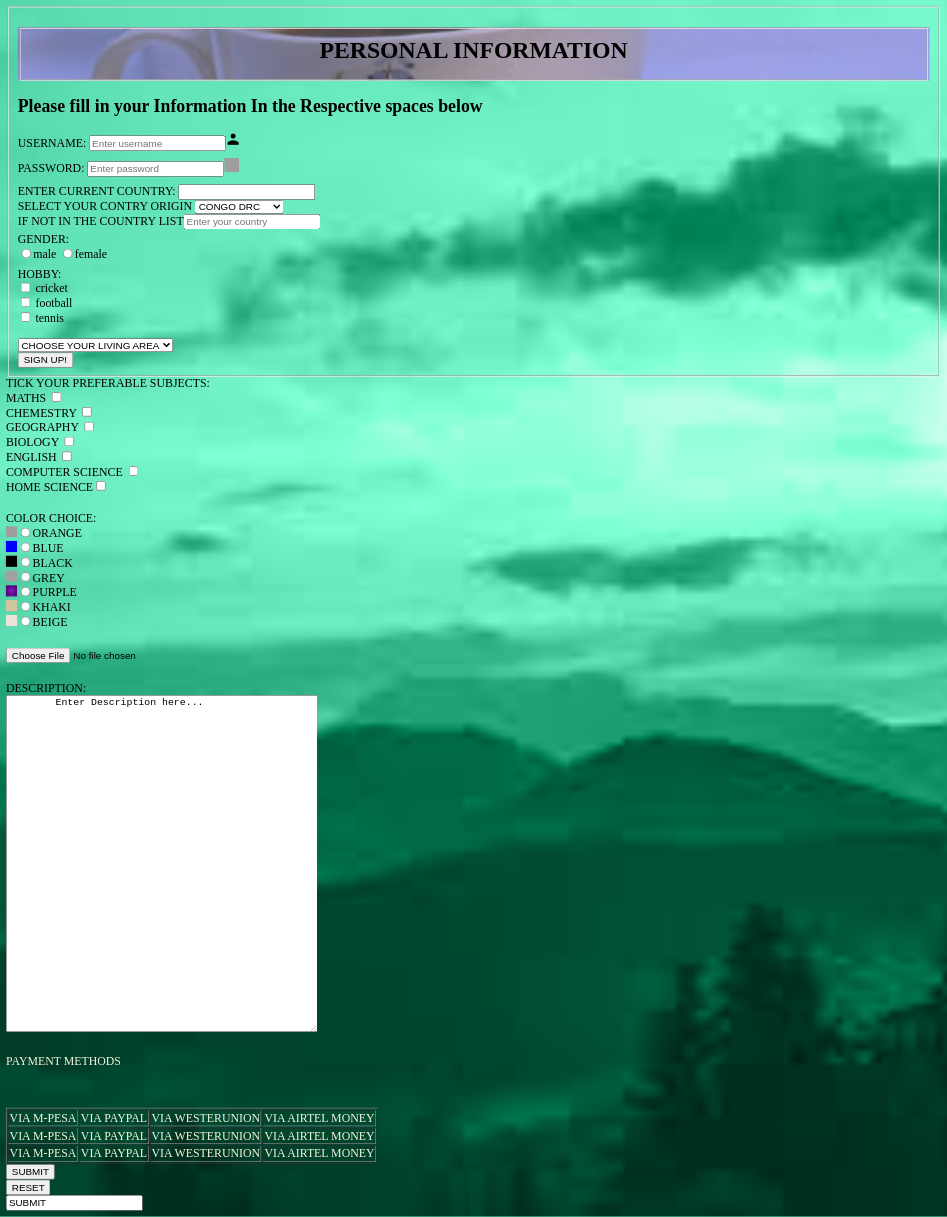
Repository: mirambialex/myform
Page: website/INDEX.HTML
An editor plug-in stored every save of this project. The page is shown before and after the next save, followed by the edit.
The browser window is 1280 px wide. The pictures show the whole page, at 74% of full size.
Pictures or frames that could not be fetched are drawn as grey boxes.

Above is the page before, as saved 2024-04-18 11:19:27.

After the next save:
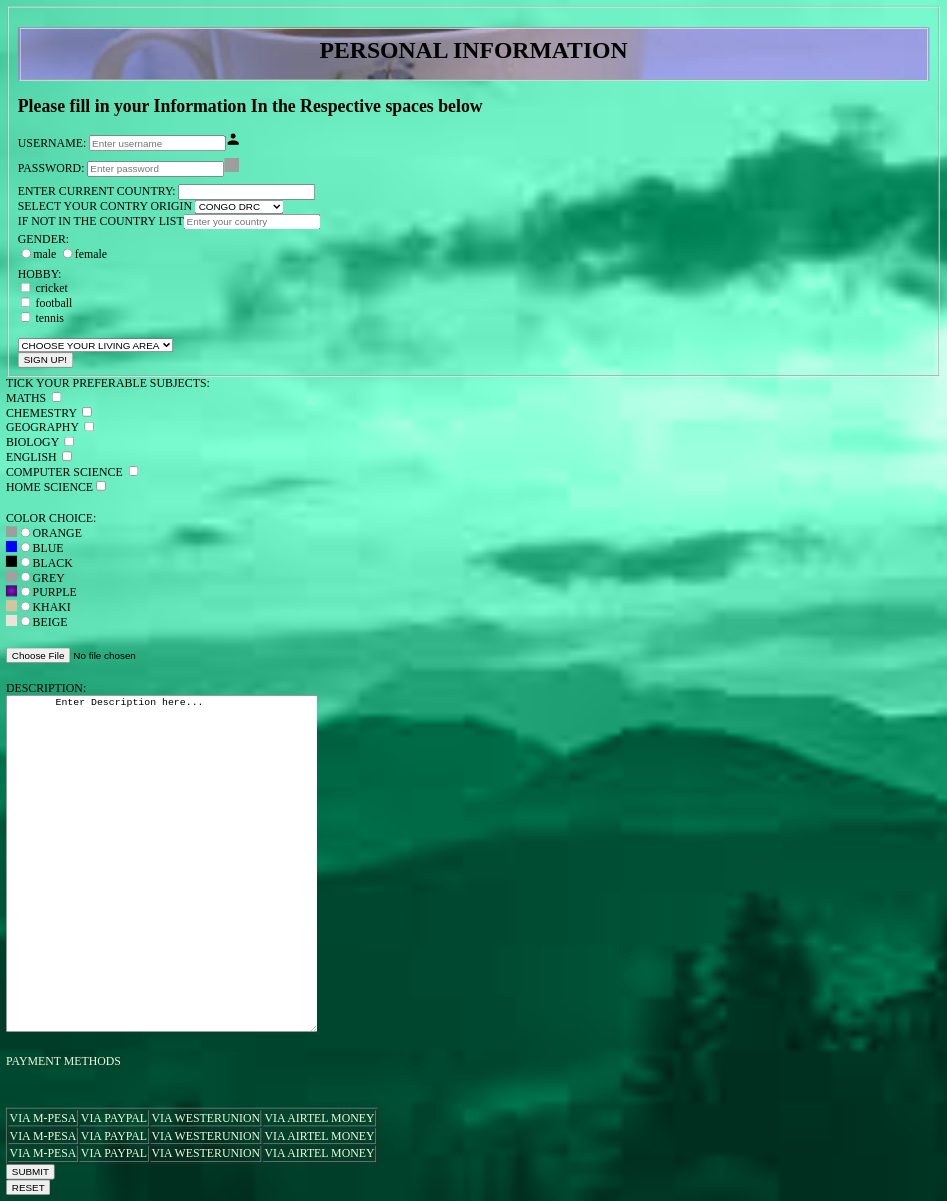
Saved 5 s later.
--- a/website/INDEX.HTML
+++ b/website/INDEX.HTML
@@ -120,7 +120,7 @@ HOBBY:<br>
 </DIV>
 <INPut type="submit" name="submit" value="SUBMIT"></INPut><BR/>
 <INPut type="RESET" name="RESET" value="RESET"></INPut><BR/>
-<INPut type="HIDDENt" name="HIDDEN" value="SUBMIT"></INPut>
+<INPut type="HIDDEN" name="HIDDEN" value="SUBMIT"></INPut>
 </FORM>
  </body>
 </html>
